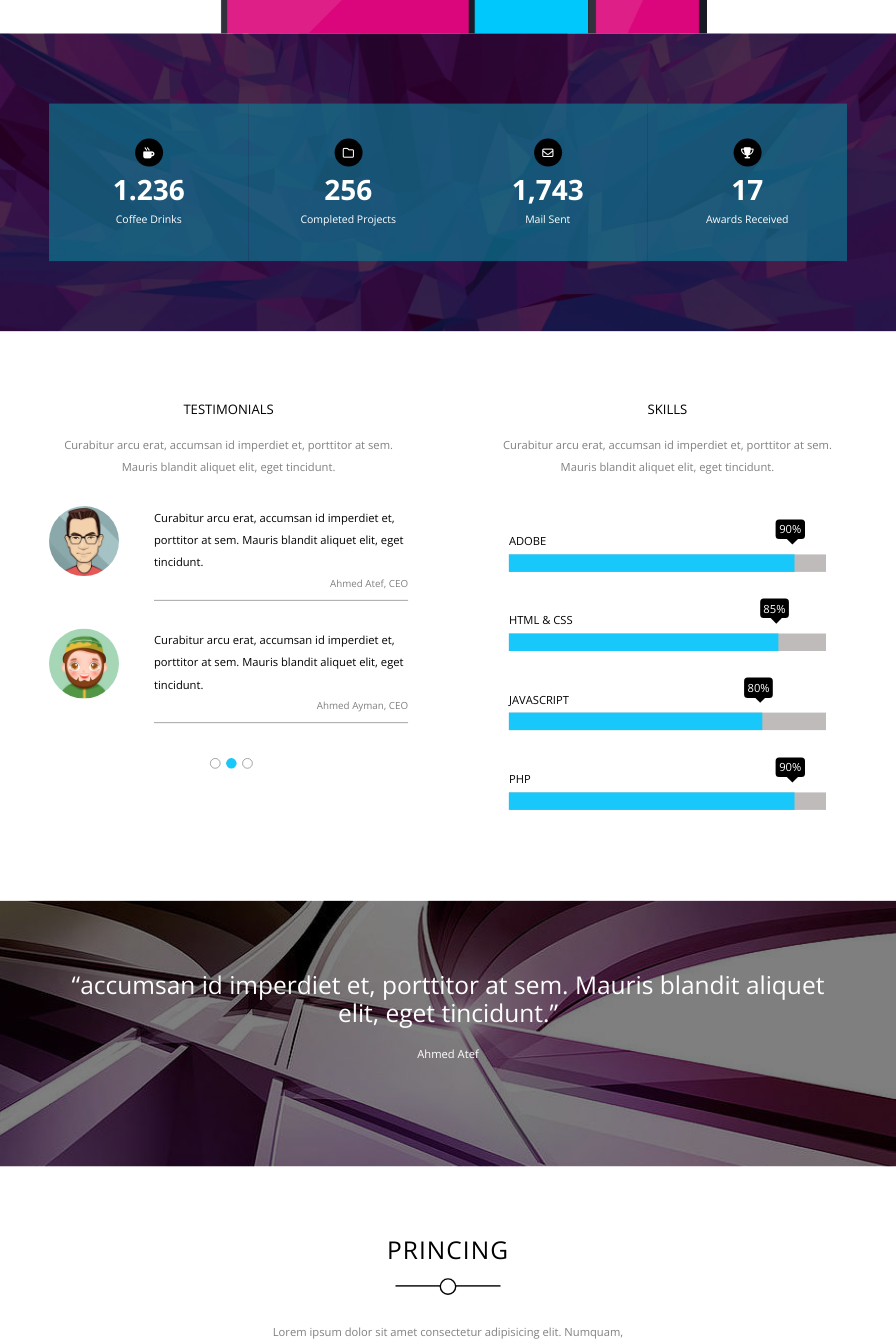
Repository: Ahmed123rezk123/Template_2
Page: index.html
An editor plug-in stored every save of this project. The page is shown before and after the next save, followed by the edit.
The browser window is 1280 px wide. The pictures show the part of the page from y = 4580 to 6500 px (the page is 6730 px tall), at 70% of full size.
A picture or video elsewhere on the page could not be fetched, so the positions and the page height are approximate. Some web fonts or font styles are not loaded; a fallback is used.

Above is the page before, as saved 2024-04-15 20:44:42.

After the next save:
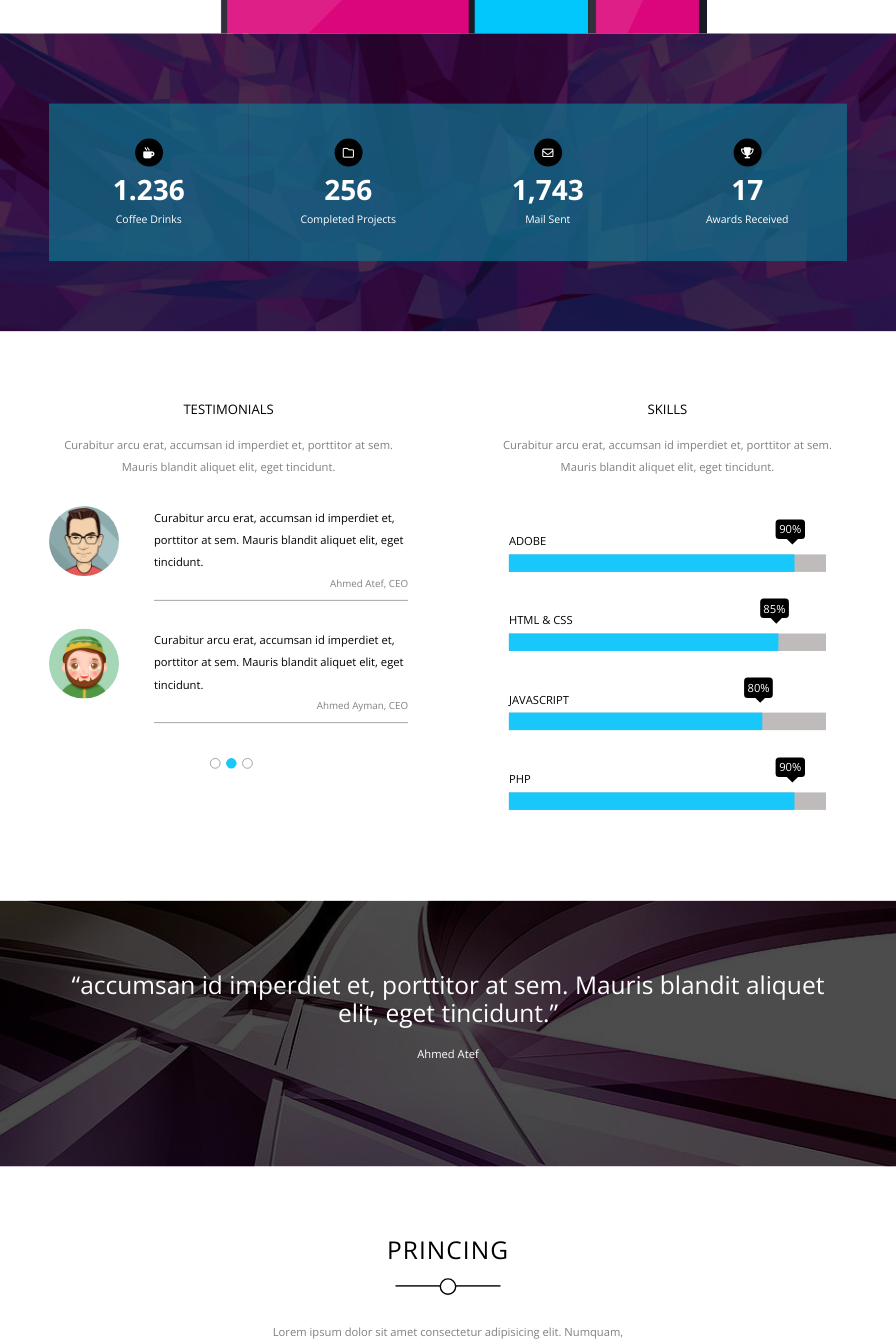
Saved 11 s later.
--- a/css/kasper.css
+++ b/css/kasper.css
@@ -803,7 +803,7 @@ position: relative;
 .quote::before {
     content: "";
     position: absolute;
-    background-color: rgba(0, 0, 0, 50%);
+    background-color: rgba(0, 0, 0, 70%);
     width: 100%;
     height: 100%;
     top: 0;
